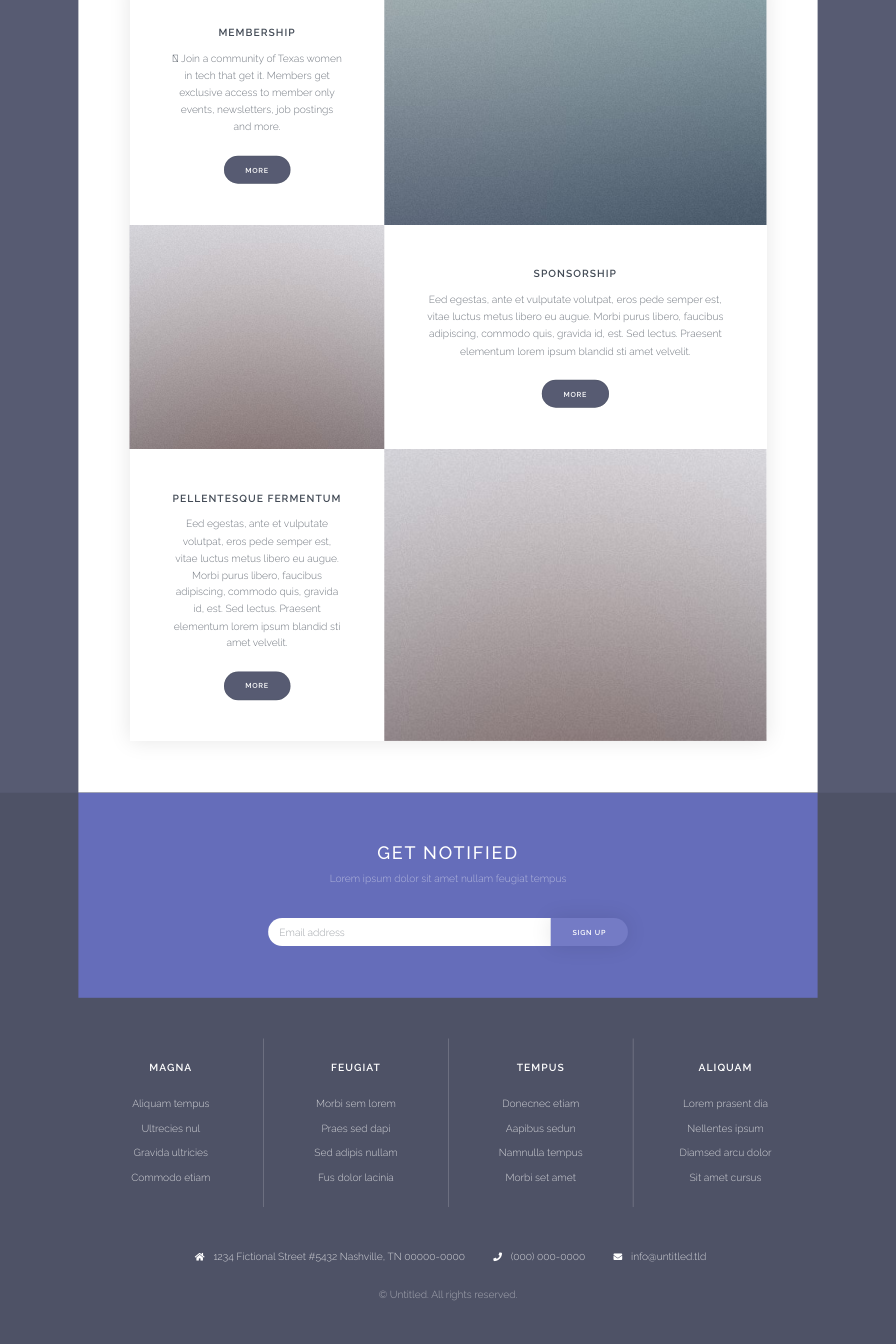
Repository: Roshanell/Houston-women-in-tech
Page: index.html
The author's editor kept a copy of each file at every save. The page is drawn from the files as they stood at one save, then again after the next save.
The browser window is 1280 px wide. The pictures show the part of the page from y = 1639 to 3559 px (the page is 3559 px tall before and 3534 px after), at 70% of full size.

Above is the page before, as saved 2022-12-11 16:01:30.

### index.html
<!DOCTYPE HTML>

<html>

	<head>
		<title>Texas Women In Tech</title>
		<meta charset="utf-8" />
		<meta name="viewport" content="width=device-width, initial-scale=1, user-scalable=no" />
		<link rel="stylesheet" href="assets/css/main.css" />
	</head>

	<body class="is-preload">

		<!-- Page Wrapper -->
		<div id="page-wrapper">

			<!-- Wrapper -->
			<div class="wrapper">
				<div class="inner">

					<!-- Header -->
					<header id="header">
						<a href="index.html" class="logo">Altitude <span>by Pixelarity</span></a>
						<nav>
							<ul>
								<li><a href="#menu">Menu</a></li>
							</ul>
						</nav>
					</header>

					<!-- Nav -->
					<nav id="menu">
						<ul class="links">
							<li><a href="index.html">Home</a></li>
							<li><a href="generic.html">Generic</a></li>
							<li><a href="elements.html">Elements</a></li>
						</ul>
						<ul class="actions stacked">
							<li><a href="#" class="button primary fit">Sign Up</a></li>
							<li><a href="#" class="button fit">Log In</a></li>
						</ul>
					</nav>

					<!-- Banner -->
					<section id="banner">
						<div class="items">
							<section class="accent2">
								<h1>Our Mission</h1>
								<p>Texas Women in Tech is on a mission to empower women and contribute to sustainability in Texas, by
									investing in the skills of women in technology.
									<br>
									We are a volunteer run organization of Texas women in technology that desire meaningful connections
									with other women in tech, that are seeking to inspire and be inspired, and who are interested in
									elevating ourselves and each other.
								</p>
								<ul class="actions special">
									<li><a href="#" class="button primary">Join Our Cause</a></li>
								</ul>
							</section>
							<!-- <section class="accent3">
								<h1>Amet magna</h1>
								<p>Fusce lancinia ipsum feugiat dolor sed matis tempus sed nullam</p>
								<ul class="actions special">
									<li><a href="#" class="button primary">More</a></li>
								</ul>
							</section> -->
						</div>
						<div class="slider">
							<article>
								<img src="images/pic01.jpg" alt="" data-position="bottom right" />
							</article>
							<article>
								<img src="images/pic02.jpg" alt="" data-position="bottom right" />
							</article>
							<article>
								<img src="images/pic03.jpg" alt="" data-position="top left" />
							</article>
						</div>
					</section>

				</div>
			</div>

			<!-- Wrapper -->
			<div class="wrapper">
				<div class="inner">

					<!-- Section -->
					<section class="main">
						<header class="major">
							<h2>We strive to accomplish our mission through 3 core pillars:</h2>
						</header>
						<div class="features">
							<section>
								<span class="icon solid fa-camera major accent2"></span>
								<h3>Connection through events</h3>
								<p>We believe that connecting women with a community that understands and believes in them opens the
									door for professional and personal growth. We hold various events such as monthly social networking
									meetups that are open to all as well as member only events like executive exchanges, roundtable
									discussions, book clubs and debates.</p>
							</section>
							<section>
								<span class="icon solid fa-paper-plane major accent3"></span>
								<h3>Inspiration through Outreach</h3>
								<p>When we share our journey’s, others learn and benefit from our experience. We aim to increase
									awareness and ignite a passion for STEM careers through community outreach. We welcome inspirational
									guest speakers on a variety of topics. We also are working to establish programs for Texas schools
									such as coding clubs and ensuring women technologists speak at career day sessions. We also are
									developing a mentorship program in which we pair mid-level professionals with senior level executives
									for a quarter of connection over purposeful events.</p>
							</section>
							<section>
								<span class="icon solid fa-envelope major accent4"></span>
								<h3>Elevation through Mentorship and Professional Development </h3>
								<p>We are on a mission to elevate ourselves and one another. We are working to award grants for
									educational opportunities in tech. Members host knowledge sessions on their particular role, field and
									journey, to skill-up the next woman. We will also offer skill sessions on topics ranging from
									coding/low code workshops, agile boot-camps, product design and more.

								</p>
							</section>
						</div>
					</section>

					<!-- Section -->
					<!-- <section class="carousel accent4">
						<article>
							<div class="image"><img src="images/pic04.jpg" alt="" data-position="center" /></div>
							<div class="content">
								<h3>Magna tempus</h3>
								<p>Adipiscing ullamcorper semper ut amet ac risus. Lorem sapien ut odio odio nunc. Ac adipiscing nibh
									porttitor erat risus justo adipiscing adipiscing amet placerat.</p>
							</div>
						</article>
						<article>
							<div class="image"><img src="images/pic05.jpg" alt="" data-position="center" /></div>
							<div class="content">
								<h3>Consequat ipsum</h3>
								<p>Sapien a lorem in integer ornare praesent commodo adipiscing arcu in massa commodo lorem accumsan at
									odio massa ac ac. Semper adipiscing varius accumsan.</p>
							</div>
						</article>
						<article>
							<div class="image"><img src="images/pic06.jpg" alt="" data-position="center" /></div>
							<div class="content">
								<h3>Magna tempus</h3>
								<p>Volutpat eu sed ante lacinia sapien lorem accumsan varius montes viverra nibh in adipiscing blandit
									tempus accumsan lorem ipsum dolor sit amet nullam aliquam.</p>
							</div>
						</article>
						<nav>
							<a href="#" class="previous"><span class="label">Previous</span></a>
							<a href="#" class="next"><span class="label">Next</span></a>
						</nav>
					</section> -->

					<!-- Section -->
					<section class="main">
						<header class="major">
							<h2>Get Involved</h2>
							<!-- <p>Lorem ipsum dolor sit amet</p> -->
						</header>
						<div class="spotlights">
							<article>
								<div class="image"><img src="images/pic07.jpg" alt="" data-position="center" /></div>
								<div class="content">
									<h3>Membership</h3>
									<p> Join a community of Texas women in tech that get it. Members get exclusive access to member only
										events, newsletters, job postings and more.</p>
									<ul class="actions special">
										<li><a href="#" class="button primary">More</a></li>
									</ul>
								</div>
							</article>
							<article>
								<div class="image"><img src="images/pic08.jpg" alt="" data-position="center" /></div>
								<div class="content">
									<h3>Sponsorship</h3>
									<p>Eed egestas, ante et vulputate volutpat, eros pede semper est, vitae luctus metus libero eu augue.
										Morbi purus libero, faucibus adipiscing, commodo quis, gravida id, est. Sed lectus. Praesent
										elementum lorem ipsum blandid sti amet velvelit.</p>
									<ul class="actions special">
										<li><a href="#" class="button primary">More</a></li>
									</ul>
								</div>
							</article>
							<article>
								<div class="image"><img src="images/pic08.jpg" alt="" data-position="center" /></div>
								<div class="content">
									<h3>Pellentesque fermentum</h3>
									<p>Eed egestas, ante et vulputate volutpat, eros pede semper est, vitae luctus metus libero eu augue.
										Morbi purus libero, faucibus adipiscing, commodo quis, gravida id, est. Sed lectus. Praesent
										elementum lorem ipsum blandid sti amet velvelit.</p>
									<ul class="actions special">
										<li><a href="#" class="button primary">More</a></li>
									</ul>
								</div>
							</article>
						</div>
					</section>

				</div>
			</div>

			<!-- Wrapper -->
			<div class="wrapper">
				<div class="inner">

					<!-- Section -->
					<section class="main accent2">
						<header class="major">
							<h2>Get notified</h2>
							<p>Lorem ipsum dolor sit amet nullam feugiat tempus</p>
						</header>
						<form method="post" action="#" class="combined">
							<input type="email" name="email" id="email" placeholder="Email address" class="invert" />
							<input type="submit" class="primary" value="Sign Up" />
						</form>
					</section>

					<!-- Footer -->
					<footer id="footer">
						<section class="links">
							<div>
								<h3>Magna</h3>
								<ul class="plain">
									<li><a href="#">Aliquam tempus</a></li>
									<li><a href="#">Ultrecies nul</a></li>
									<li><a href="#">Gravida ultricies</a></li>
									<li><a href="#">Commodo etiam</a></li>
								</ul>
							</div>
							<div>
								<h3>Feugiat</h3>
								<ul class="plain">
									<li><a href="#">Morbi sem lorem</a></li>
									<li><a href="#">Praes sed dapi</a></li>
									<li><a href="#">Sed adipis nullam</a></li>
									<li><a href="#">Fus dolor lacinia</a></li>
								</ul>
							</div>
							<div>
								<h3>Tempus</h3>
								<ul class="plain">
									<li><a href="#">Donecnec etiam</a></li>
									<li><a href="#">Aapibus sedun</a></li>
									<li><a href="#">Namnulla tempus</a></li>
									<li><a href="#">Morbi set amet</a></li>
								</ul>
							</div>
							<div>
								<h3>Aliquam</h3>
								<ul class="plain">
									<li><a href="#">Lorem prasent dia</a></li>
									<li><a href="#">Nellentes ipsum</a></li>
									<li><a href="#">Diamsed arcu dolor</a></li>
									<li><a href="#">Sit amet cursus</a></li>
								</ul>
							</div>
						</section>
						<ul class="contact-icons">
							<li class="icon solid fa-home">1234 Fictional Street #5432 Nashville, TN 00000-0000</li>
							<li class="icon solid fa-phone"><a href="#">(000) 000-0000</a></li>
							<li class="icon solid fa-envelope"><a href="#">info@untitled.tld</a></li>
						</ul>
						<p class="copyright">&copy; Untitled. All rights reserved.</p>
					</footer>

				</div>
			</div>

		</div>

		<!-- Scripts -->
		<script src="assets/js/jquery.min.js"></script>
		<script src="assets/js/browser.min.js"></script>
		<script src="assets/js/breakpoints.min.js"></script>
		<script src="assets/js/util.js"></script>
		<script src="assets/js/main.js"></script>

	</body>

</html>

Loaded but not shown: assets/css/fontawesome-all.min.css (library); assets/js/jquery.min.js (library); assets/js/browser.min.js (common file); assets/js/breakpoints.min.js (common file); assets/js/util.js (587 lines, source omitted); assets/js/main.js (337 lines, source omitted); assets/css/main.css (5511 lines, source omitted)

After the next save:
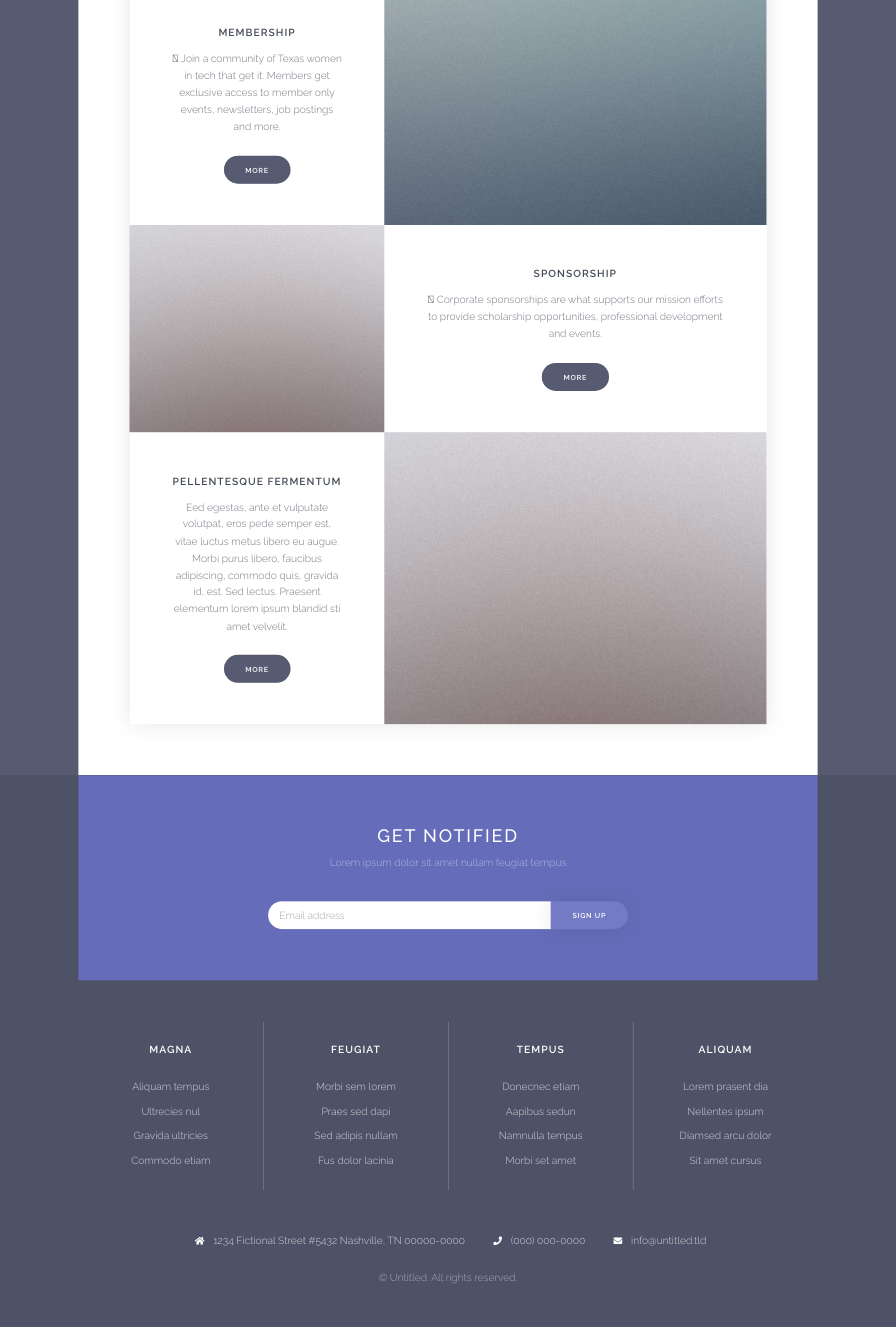
Saved 11 s later.
--- a/index.html
+++ b/index.html
@@ -176,9 +176,8 @@
 								<div class="image"><img src="images/pic08.jpg" alt="" data-position="center" /></div>
 								<div class="content">
 									<h3>Sponsorship</h3>
-									<p>Eed egestas, ante et vulputate volutpat, eros pede semper est, vitae luctus metus libero eu augue.
-										Morbi purus libero, faucibus adipiscing, commodo quis, gravida id, est. Sed lectus. Praesent
-										elementum lorem ipsum blandid sti amet velvelit.</p>
+									<p> Corporate sponsorships are what supports our mission efforts to provide scholarship
+										opportunities, professional development and events. </p>
 									<ul class="actions special">
 										<li><a href="#" class="button primary">More</a></li>
 									</ul>
